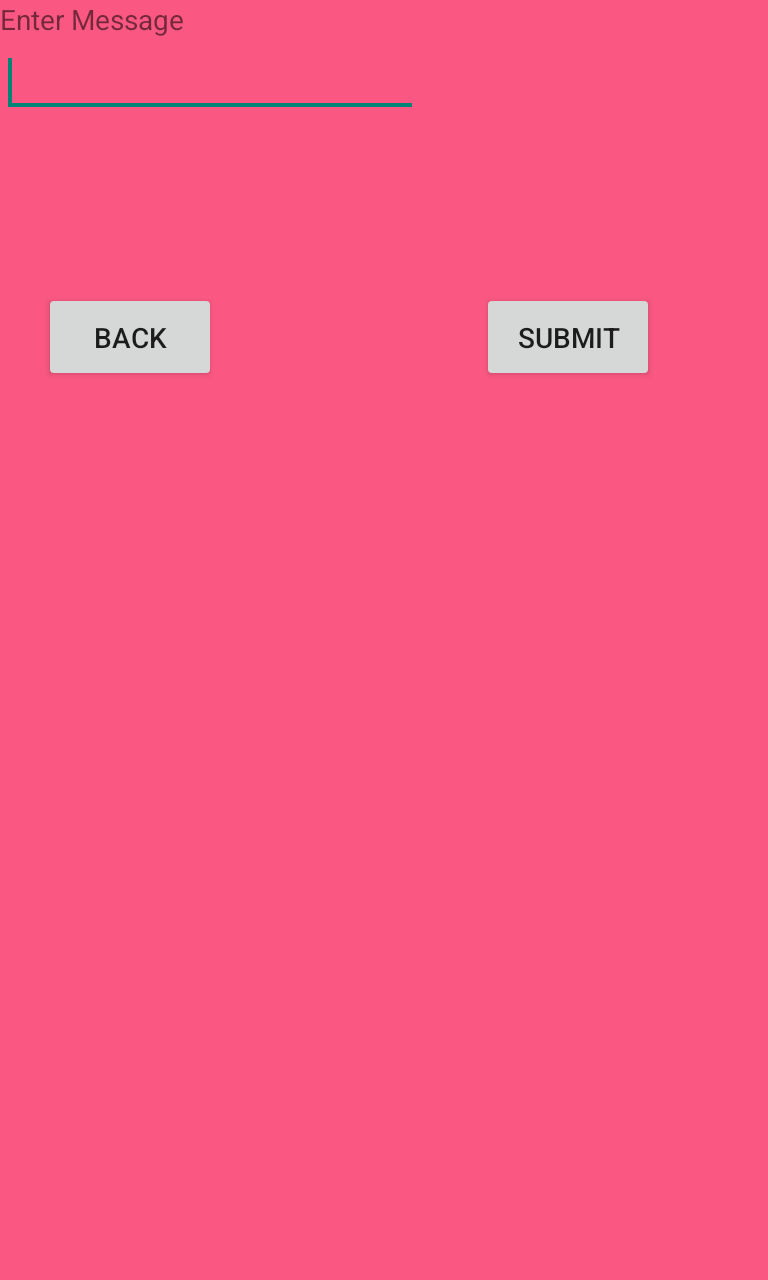
Repository: Clarenaliaka/code-challenge
Layout: ModernMum/res/layout/contacts.xml
An editor plug-in stored every save of this project. The layout is shown before and after the next save, followed by the edit.
It is drawn on a 768 x 1280 px phone screen (xhdpi) without system bars, with theme AppTheme; the app's code is not run.

Above is the layout before, as saved 2014-08-03 09:45:43.

### ModernMum/res/layout/contacts.xml
<?xml version="1.0" encoding="utf-8"?>
<LinearLayout xmlns:android="http://schemas.android.com/apk/res/android"
    android:layout_width="match_parent"
    android:layout_height="match_parent"
    android:orientation="vertical"
    android:background="@color/pink">



     <TextView
        android:id="@+id/textView1"
        android:layout_width="wrap_content"
        android:layout_height="wrap_content"
        android:layout_alignParentLeft="true"
        android:layout_alignParentTop="true"
        android:text="@string/des" />

    <EditText
        android:id="@+id/etmult"
        android:layout_width="wrap_content"
        android:layout_height="wrap_content"
        android:layout_alignParentLeft="true"
        android:layout_below="@+id/textView1"
        android:ems="10" >

        <requestFocus />
    </EditText>
    <RelativeLayout
    android:layout_width="match_parent"
    android:layout_height="match_parent"
    android:orientation="vertical"
    android:background="@color/pink">

    <Button
        android:id="@+id/btncosubmit"
        android:layout_width="wrap_content"
        android:layout_height="wrap_content"
        android:layout_alignParentRight="true"
        android:layout_alignParentTop="true"
        android:layout_marginRight="56dp"
        android:layout_marginTop="84dp"
        android:text="@string/btnsubmit" />

    <Button
        android:id="@+id/btncoback"
        android:layout_width="wrap_content"
        android:layout_height="wrap_content"
        android:layout_alignBaseline="@+id/btncosubmit"
        android:layout_alignBottom="@+id/btncosubmit"
        android:layout_alignParentLeft="true"
        android:layout_marginLeft="21dp"
        android:text="@string/btnback" />



    </RelativeLayout>

</LinearLayout>

### ModernMum/res/values/color.xml
<?xml version="1.0" encoding="utf-8"?>
<resources>
    <color name="green">#660</color>
<color name="white">#FFFFFF</color>
<color name="black">#000000</color>
<color name="red">#FA5858</color>
<color name="brown">#2A120A</color>
<color name="grew">#151515</color>
<color name="blue">#4E3B6F</color>
<color name="purple">#AA18A3</color>
<color name="darkbrown">#AA4B18</color>
<color name="orange">#ff6633</color>
<color name="lightpink">#FFB6C1</color>
<color name="pink">#FA5882</color>
</resources>

### ModernMum/res/values/strings.xml
<?xml version="1.0" encoding="utf-8"?>
<resources>

    <string name="app_name">ModernMum</string>
    <string name="btnregister">Register</string>
    <string name="action_settings">Settings</string>
    <string name="btnlogin">Login</string>
    <string name="first">First Name</string>
    <string name="last">Last Name</string>
    <string name="email">Email Address</string>
    <string name="Password">Password</string>
    <string name="phone">Phone Number</string>
    <string name="loce">Location</string>
    <string name="title_activity_register_screen">RegisterScreenActivity</string>
    <string name="hello_world">Hello world!</string>
    <string name="title_activity_login_screen">LoginScreenActivity</string>
    <string name="btnsubmit">Submit</string>
    <string name="btnback">back</string>
    <string name="des">Enter Message</string>
    <string name="stroller">Baby Strollers</string>
    <string name="nipo">Baby Nipple</string>
    <string name="diaper">Diapers</string>

    <string-array name="modern">
        <item>location</item>
        <item>Westlands</item>
        <item>Ngong road</item>
        <item>Loresho</item>
        <item>Kasarani</item>
        <item>Karen</item>
        <item>langata</item>
        <item>Mt.View</item>
        <item>Uthiru</item>
        <item>Parklands</item>
        <item>Upper Hill</item>
        <item>Nairobi West</item>
        <item>South B</item>
        <item>South C</item>
    </string-array>

    <string name="title_activity_advert_screen">AdvertScreenActivity</string>
    <string name="baby">Baby Products</string>
    <string name="title_activity_home_screen">HomeScreenActivity</string>
    <string name="btnadvert">Advertise</string>
    <string name="btnchat">Chat</string>
    <string name="btntips">Tips</string>
    <string name="btnbuy">Buy</string>
    <string name="title_activity_chat">ChatActivity</string>
    <string name="title_activity_contact_screen">ContactScreenActivity</string>

</resources>

Loaded but not shown: ModernMum/res/values/styles.xml (common file); ModernMum/res/values-v11/styles.xml (common file); ModernMum/res/values-v14/styles.xml (common file)

After the next save:
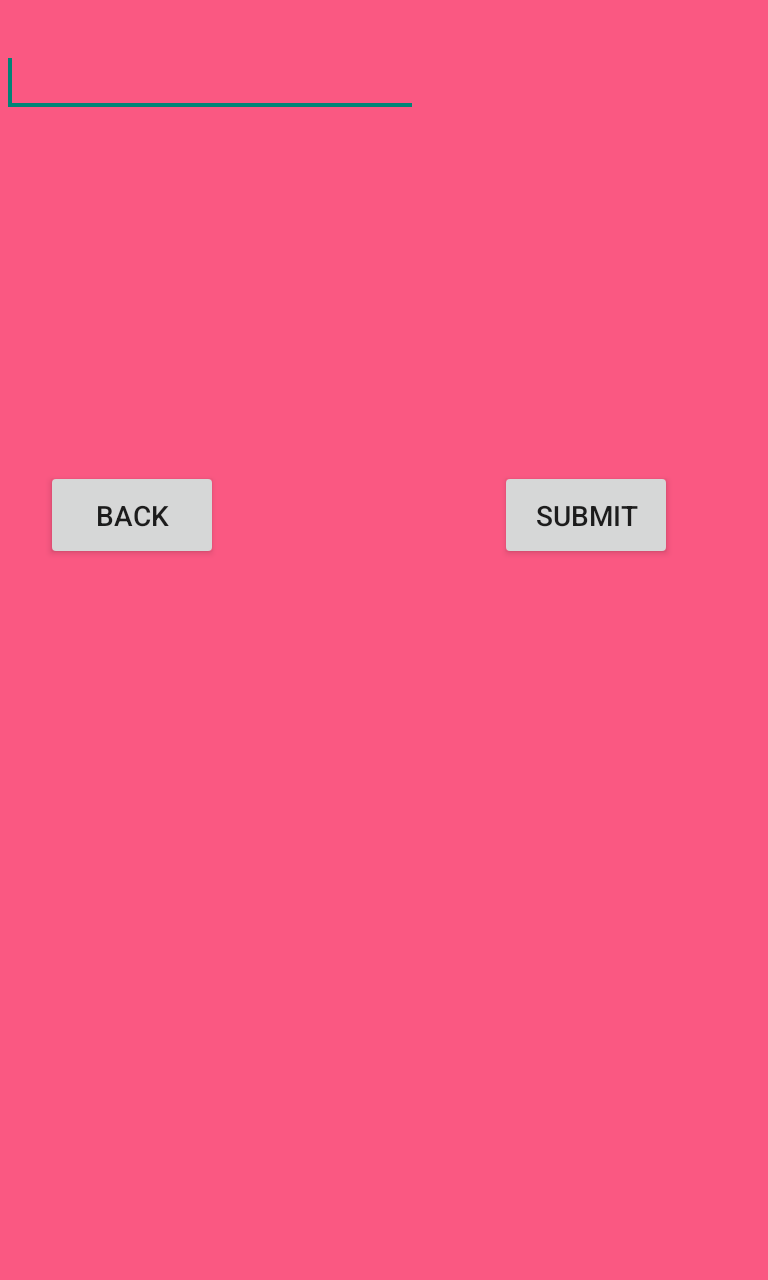
Saved 72 s later.
--- a/ModernMum/res/layout/contacts.xml
+++ b/ModernMum/res/layout/contacts.xml
@@ -13,7 +13,7 @@
         android:layout_height="wrap_content"
         android:layout_alignParentLeft="true"
         android:layout_alignParentTop="true"
-        android:text="@string/des" />
+        android:input="@string/des" />
 
     <EditText
         android:id="@+id/etmult"
@@ -25,33 +25,30 @@
 
         <requestFocus />
     </EditText>
+
     <RelativeLayout
-    android:layout_width="match_parent"
-    android:layout_height="match_parent"
-    android:orientation="vertical"
-    android:background="@color/pink">
+        android:layout_width="match_parent"
+        android:layout_height="221dp"
+        android:background="@color/pink"
+        android:orientation="vertical" >
 
-    <Button
-        android:id="@+id/btncosubmit"
-        android:layout_width="wrap_content"
-        android:layout_height="wrap_content"
-        android:layout_alignParentRight="true"
-        android:layout_alignParentTop="true"
-        android:layout_marginRight="56dp"
-        android:layout_marginTop="84dp"
-        android:text="@string/btnsubmit" />
+        <Button
+            android:id="@+id/btncoback"
+            android:layout_width="wrap_content"
+            android:layout_height="wrap_content"
+            android:layout_alignParentBottom="true"
+            android:layout_alignParentLeft="true"
+            android:layout_marginLeft="22dp"
+            android:text="@string/btnback" />
 
-    <Button
-        android:id="@+id/btncoback"
-        android:layout_width="wrap_content"
-        android:layout_height="wrap_content"
-        android:layout_alignBaseline="@+id/btncosubmit"
-        android:layout_alignBottom="@+id/btncosubmit"
-        android:layout_alignParentLeft="true"
-        android:layout_marginLeft="21dp"
-        android:text="@string/btnback" />
-
-
+        <Button
+            android:id="@+id/btncosubmit"
+            android:layout_width="wrap_content"
+            android:layout_height="wrap_content"
+            android:layout_alignParentBottom="true"
+            android:layout_alignParentRight="true"
+            android:layout_marginRight="47dp"
+            android:text="@string/btnsubmit" />
 
     </RelativeLayout>
 
